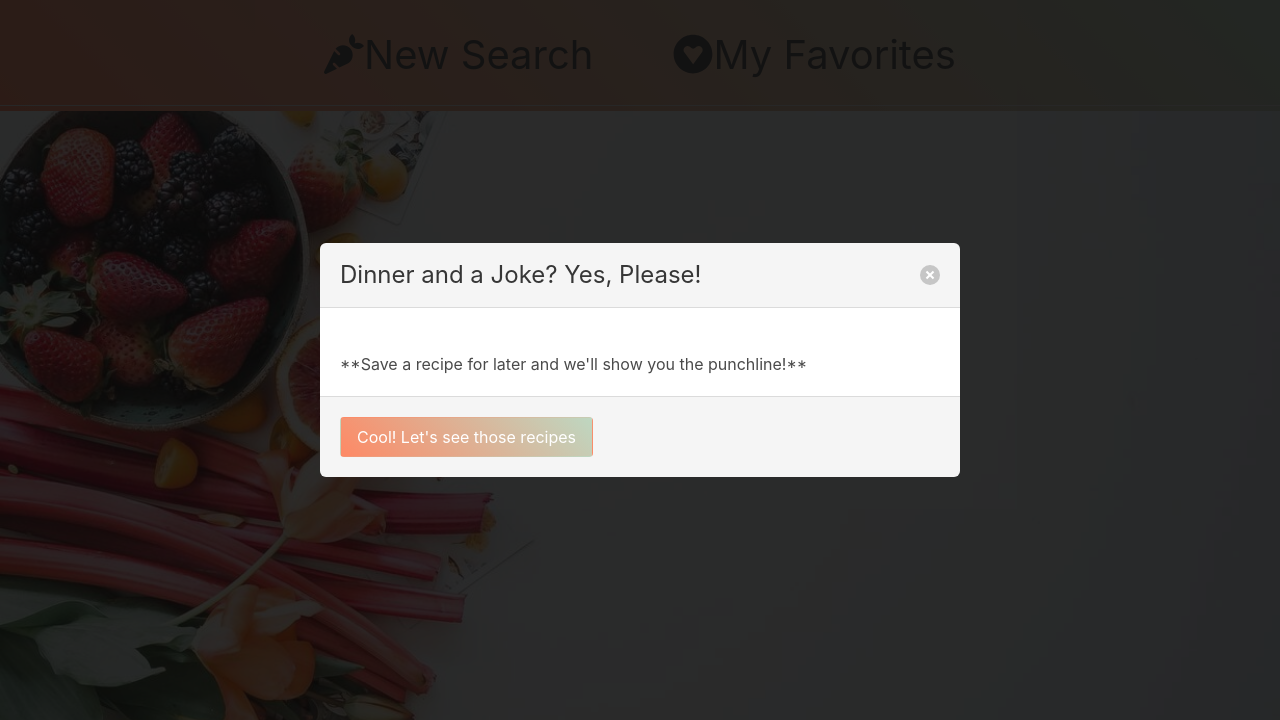
Repository: puakehaulani/the-hungry-app-proj1
Page: results.html
The author's editor kept a copy of each file at every save. The page is drawn from the files as they stood at one save, then again after the next save.
The browser window is 1280 px wide. The pictures show the window.
The page's requests for data from a server got no answer. A layer covers the whole window, so only the first screen is drawn. Some web libraries are served in a nearby version.

Above is the page before, as saved 2020-10-17 12:22:58.

### results.html
<!DOCTYPE html>
<html lang="en">

<head>
    <meta charset="UTF-8">
    <meta name="viewport" content="width=device-width, initial-scale=1.0">
    <title>Results</title>
    <!-- reset css -->
    <link rel="stylesheet" href="assets/style/reset.css">
    <!-- bulma cdn -->
    <link rel="stylesheet" href="https://cdnjs.cloudflare.com/ajax/libs/bulma/0.9.1/css/bulma.min.css">
    <!-- project css style sheet -->
    <link rel="stylesheet" href="assets/style/style.css">
</head>

<body>
    <nav class="tabs is-centered is-size-5-mobile is-size-3-tablet is-size-2-widescreen" role="navigation" aria-label="main navigation">
        <ul>
            <li>
                <!-- search new item link  -->
                <a href="index.html">
                    <span><i class="fas fa-carrot"></i></span>
                    <span>New Search</span>
                </a>
            </li>
            <li>
                <!-- link to favorites page on the left -->
                <a href="favorites.html">
                    <span><i class="fab fa-gratipay"></i></span>
                    <span>My Favorites</span>
                </a>
            </li>
        </ul>
    </nav>
    <ul id="display">
    </ul>

    <!-- bulma fontawesome -->
    <script defer src="https://use.fontawesome.com/releases/v5.14.0/js/all.js"></script>
    <!-- jquery cdn -->
    <script src="https://code.jquery.com/jquery-3.5.1.min.js"
        integrity="sha256-9/aliU8dGd2tb6OSsuzixeV4y/faTqgFtohetphbbj0=" crossorigin="anonymous"></script>
    <!-- Our JS -->
    <script src="assets/script/results.js"></script>


    <!-- // all code below is for the modal /// -->
    <div class="modal is-active" id="test">
        <div class="modal-background"></div>
        <div class="modal-card">
            <header class="modal-card-head">
                <p class="modal-card-title">Dinner and a Joke? Yes, Please!</p>
                <button class="delete" aria-label="close"></button>
            </header>
            <section class="modal-card-body">
                <h1 id="setup"></h1>
                <br>
                <h3>**Save a recipe for later and we'll show you the punchline!**</h3>
            </section>
            <footer class="modal-card-foot">
                <button class="button is-success" id="showjokesetup">
                    Cool! Let's see those recipes
                </button>
            </footer>
        </div>
    </div>

    <!-- // all code ABOVE is for the modal /// -->
    <!--punchline modal below-->
    <div class="modal" id="punch">
        <div class="modal-background"></div>
        <div class="modal-card">
            <header class="modal-card-head">
                <p class="modal-card-title">Favorite saved! Here's your punchline:</p>
                <button class="delete" aria-label="close"></button>
            </header>
            <section class="modal-card-body">
                <h1 id="punchline"></h1>
            </section>
            <footer class="modal-card-foot">
                <button class="button is-success" id="closepunchline">
                    wow that was hilarious!
                </button>
            </footer>
        </div>
    </div>


</body>

</html>

### assets/style/style.css

html{
    background-image: url(images/foodOnSIde.jpg);
    background-size: cover;
    min-height: 800px;
    background-repeat: no-repeat;
}

.tabs{
    background-image: linear-gradient(45deg, #FE8965, #BED7C1) ;
    padding-bottom: 5px;
    padding-top: 5px;
    color: black !important;
}


.button{
    background-image: linear-gradient(45deg, #FE8965, #BED7C1) ;
    color: black;
}

/* Elements only in index html */

#indexInstructions{
    background-color: rgb(236,75,70, .75);
}

#indexInstructions p{
    font-weight: bold;
    color: white;
}

#ingredientSearch{
    display: inline-block;
}

th{
    background-image: linear-gradient(45deg, #FE8965, #BED7C1) ;
    color: black !important;
}

#display { background-color: rgba(252, 177, 15, 0.55) ;
           color: black;
           float: left;
           max-height: fit-content;
           max-width: fit-content;
           }

/* Elements that only exist on results html*/

#favRecipes{
    min-height: 300px;
    color: black;
    background-color: rgb(256, 256, 256, .9);
    border-radius: 15px;
}

#favRecipes h1{
    background-image: linear-gradient(45deg, #FE8965, #BED7C1) ;
    border-radius: 10px;
}

#favJokes{
    min-height: 300px;
    color: black;
    background-color: rgb(256, 256, 256, .9);
    border-radius: 15px;
}

#favJokes h1{
    background-image: linear-gradient(45deg, #FE8965, #BED7C1) ;
    border-radius: 10px;
}

### assets/script/results.js
// -----GLOBAL VAR-----
// string of user input ingredients from local storage
let ingredientsString = localStorage.getItem("ingredients")
console.log(ingredientsString);

// -----build functions-----

// ---build ingredient endpoint function---
function buildIngredientsURL() {
    let ingredientsAPIURL = "https://api.spoonacular.com/recipes/findByIngredients?"
    let ingredientsParams = {
        //route to user input id for ingredients
        apiKey: "eb7473b82620444ab521e6fa290c08a3",
        //route to user input id for recipe type (query)
        ingredients: ingredientsString,
        // //route to user input id for number of results
        // number: "",
    };
    console.log(ingredientsAPIURL + $.param(ingredientsParams));
    return ingredientsAPIURL + $.param(ingredientsParams);
}


// show results function
function showResults(responseli) {
    // -----build recipe url-----
    let $display = $("#display");
    $display.empty();
    for (i = 0; i < 10; i++) {
        let li = $("<li>");
        let viewBtn = $("<a>");
        let saveBtn = $("<button>");
        li.text(responseli[i].title);
        viewBtn.text("View Recipe");
        viewBtn.attr("class", "button is-inverted is-outlined");
        viewBtn.attr("target", "_blank")
        saveBtn.text("Save to Favorites");
        saveBtn.attr("id", "saveBtn");
        saveBtn.attr("class", "is-inverted is-outlined");

        li.append(viewBtn);
        li.append(saveBtn);
        $display.append(li);

        let recipeId = responseli[i].id;
        console.log(recipeId);
        let recipeAPI = "https://api.spoonacular.com/recipes/" + recipeId + "/information?apiKey=eb7473b82620444ab521e6fa290c08a3&includeNutrition=false";
        // ajax call to get url for recipe, commented out to preserve quota
        $.ajax({
            url: recipeAPI,
            method: "GET",
        }).then(function (response) {
            console.log(response);
            let responseLink = response.sourceUrl;
            console.log(responseLink);
            li.attr("data-link", responseLink);
            viewBtn.attr("href", responseLink);
        })
    }
}


// https://official-joke-api.appspot.com/random_joke
// ----build URL function----

$(document).ready(function () {
    let queryURL = "https://official-joke-api.appspot.com/random_joke";
    $.ajax({
        url: queryURL,
        method: "GET"
    }).then(function (response) {
        console.log(response.setup);
        console.log(response.punchline);
        $("#setup").text(response.setup)
        $("#punchline").text(response.punchline)
        localStorage.setItem("punchline", response.punchline)
        localStorage.setItem("setup", response.setup)
    });

    // event listener and handling for a user that doesn't want to see joke
    $("#nojoke").on("click", function () {
        console.log("no")
    });


    let test = document.querySelector("#test");
    let showjokesetup = document.querySelector("#showjokesetup");
    console.log(showjokesetup);
    showjokesetup.addEventListener("click", function () {
        test.classList.toggle("is-active");
    })
});


// -----CALLS-----
let ingredientAPI = buildIngredientsURL();
//ajax call working, commented out to preserve quota
$.ajax({
    url: ingredientAPI,
    method: "GET",
}).then(function (response) {
    console.log(response);
    showResults(response);
    // click function for save btn, same format as for modal earlier //
    let punch = document.querySelector("#punch");
    let showpunchline = document.querySelector("#saveBtn");
    console.log("lexilog " + showpunchline);
    showpunchline.addEventListener("click", function () {
        punch.classList.toggle("is-active");
        console.log("lexilog2 " + localStorage.getItem("punchline"));
        $("#punchline").text(localStorage.getItem("punchline"));

        //these local storages needs work, this will currently just store one
        // localStorage.setItem("favetitle ", );
        // localStorage.setItem("favelink ", );
    })
    // click function to close modal
    let closepunchline = document.querySelector("#closepunchline");
    console.log("lexilogclose " + closepunchline);
    closepunchline.addEventListener("click", function () {
        punch.classList.toggle("is-active");
    })
})

Loaded but not shown: assets/style/reset.css (common file)

After the next save:
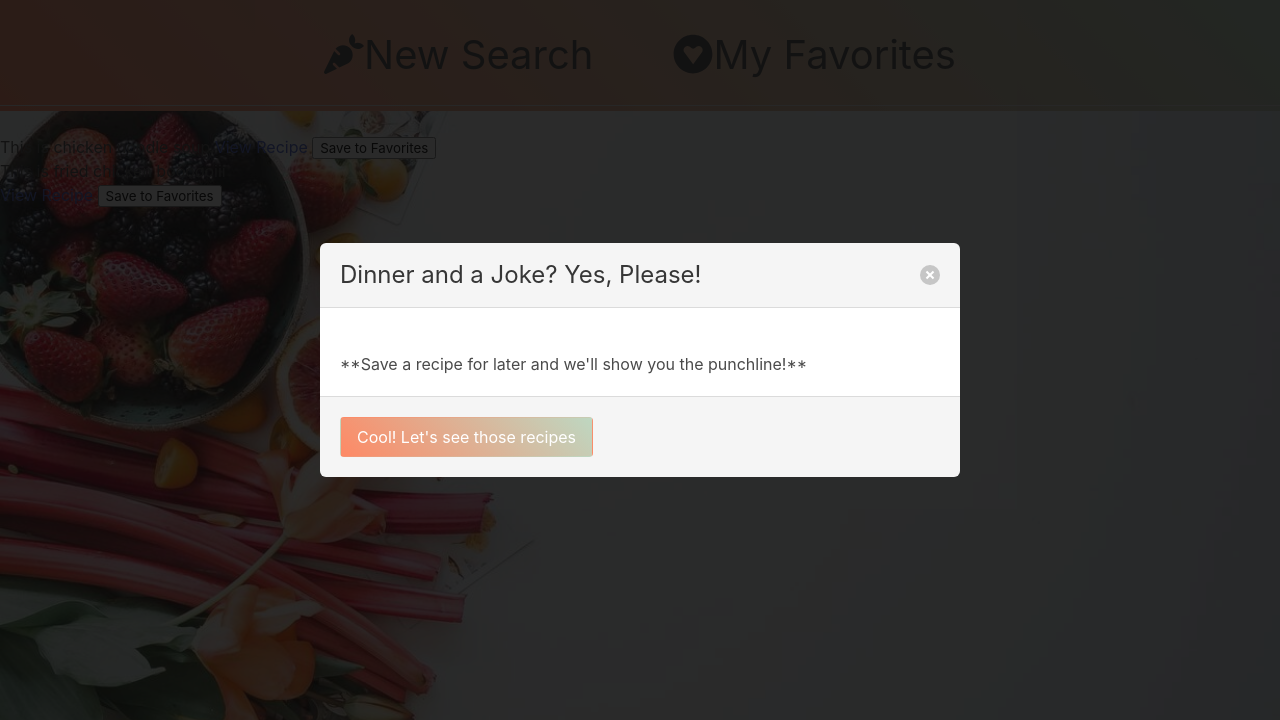
Saved 8 min 14 s later.
--- a/results.html
+++ b/results.html
@@ -32,8 +32,25 @@
             </li>
         </ul>
     </nav>
-    <ul id="display">
-    </ul>
+    <div class=“columns”>
+        <div class=“column is-offset-1 is-10" id=“resultsContentContainer”>
+            <ul id=“display”>
+                <li>
+                    This is chicken noodle soup
+                    <a href=“” class=“button is-inverted is-outlined”>View Recipe</a>
+                    <button class=“saveBtn is-inverted is-outlined”>Save to Favorites</button>
+                </li>
+                <li>
+                    This is fried chicken boooooiii
+                    <div>
+                        <a href=“” class=“button is-inverted is-outlined”>View Recipe</a>
+                        <button class=“saveBtn is-inverted is-outlined”>Save to Favorites</button>
+                    </div>
+                </li>
+            </ul>
+        </div>
+    </div>
+
 
     <!-- bulma fontawesome -->
     <script defer src="https://use.fontawesome.com/releases/v5.14.0/js/all.js"></script>
